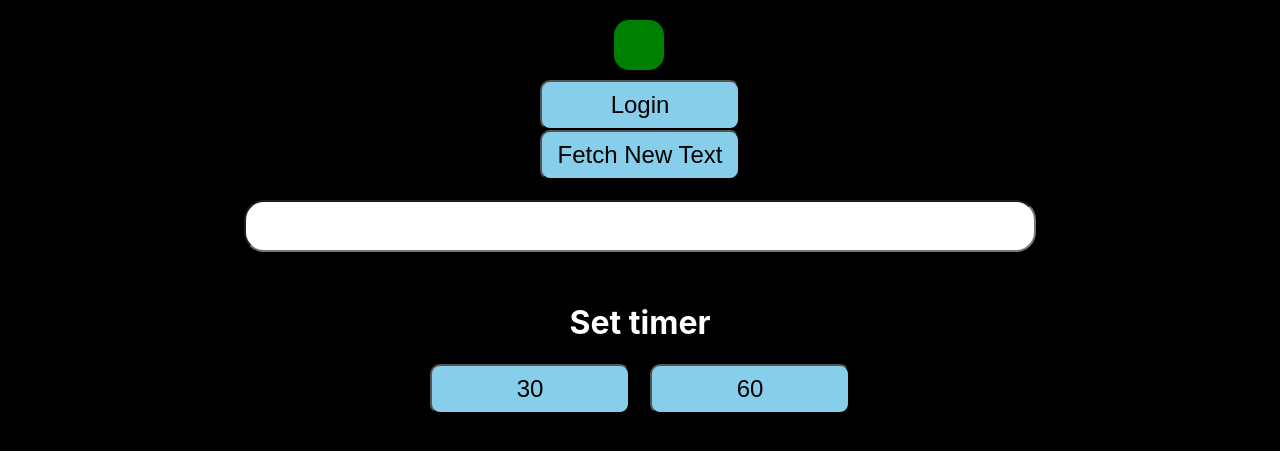
Repository: abhaysharma20233009/swiftKey
Page: / (app in frontend/my-app/)
An editor plug-in stored every save of this project. The page is shown before and after the next save, followed by the edit.
The browser window is 1280 px wide. The pictures show the whole page.
The page's requests for data from a server got no answer. The project was rebuilt for these pictures with package versions that can differ from the ones it lists, and the page was loaded fresh each time. No one was signed in, and anything a server would have sent is missing. Also part of the build but not shown: frontend/my-app/src/Results.js, frontend/my-app/src/Login.js.

Above is the page before, as saved 2024-10-10 18:58:38.

### frontend/my-app/src/App.js
//App.js

import './App.css';
import React from 'react';
import { BrowserRouter as Router, Route, Routes } from 'react-router-dom';
import Swift from './Swifts';
import Results from './Results';
import Login from './Login';
const App = () => {
    return (
        <Router>
			<div className="App">
            <Routes>
                <Route path="/" element={<Swift />} />
                <Route path="/results" element={<Results />} />
                <Route path="/login" element={<Login />} />
            </Routes>
			</div>
        </Router>
    );
};

export default App;

### frontend/my-app/src/App.css
.App {
  text-align: center;
  color:white;
}

body{
  background-color:black;
}

.log{
  color:black;
  margin-left: 10px;
  margin-right: 10px;
  background-color: skyblue;
  border-radius: 10px;
  height:50px;
  width:200px;
  justify-self: end;
  font-size: x-large;
}




.in{
  border-radius:20px;
  font-size: 24px;
  width: 60%;
  padding: 10px;
  margin: 20px 0;
}

.hea{
  margin-top: 100px;
  margin-bottom: 50px;
  margin-left:25%;
  background-color: lightgray;
  font-size: 24px;
  background-color:green;
  width:50%;
  height:50px;
  border-radius:30px;
  text-align: center;
}

.lo{
  text-align:center;
}
.Timer{
  height:50px;
  font-size:30px;
  margin-bottom: 10px;
  background-color:green;
  width:50px;
  margin-left:48%;
  border-radius: 15px;
}

### frontend/my-app/src/Swifts.js
import React, { useState, useEffect } from 'react';
import { useNavigate, useLocation } from 'react-router-dom';

function Swifts() {
    const [message, setMessage] = useState('');
    const [inputValue, setInputValue] = useState('');
    const [currentWordIndex, setCurrentWordIndex] = useState(0);
    const [time, setTime] = useState(0);
    const navigate = useNavigate();
    const location = useLocation();
    const [countdown, setCountdown] = useState(null);
    const  [wordTyped,setWordTyped]=useState(30);

    // Retrieve username from location state

    const username = location.state?.username || '';
   const email=location.state?.email || '';
    const fetchMessages = async () => {
        try {
            const response = await fetch('http://localhost:7000/random-paragraph');
            const data = await response.json();
            if (data && typeof data === 'string') {
                setMessage(data);
                setInputValue('');
                setCurrentWordIndex(0);
            } else {
                console.error('Invalid data format:', data);
            }
        } catch (error) {
            console.error('Error fetching messages:', error);
        }
    };

    useEffect(() => {
        fetchMessages();
    }, []);



    const handleInputChange = (e) => {
        const value = e.target.value;
        setInputValue(value);

        const words = message.split(' ');
        const currentWord = words[currentWordIndex];

        if (currentWord && currentWord.startsWith(value.trim())) {
            if (value.trim() === currentWord) {
                setCurrentWordIndex((prevIndex) => prevIndex + 1);
                setInputValue('');
            }
        }
    };

    useEffect(() => {
        if (time > 0) {
            setCountdown(time); // Set countdown to the selected time
        }
    }, [time]);

    useEffect(() => {
        if (countdown > 0) {
            const timer = setInterval(() => {

                setCountdown((prev) => prev - 1);
            }, 1000);

            return () => clearInterval(timer);
        }
    }, [countdown]);
    useEffect(() => {
        if (time > 0) {
            setWordTyped(currentWordIndex*60/time);
            const timer = setTimeout(() => {
                navigate('/results', { state: { wordTyped, username ,email} });
            },30000);

            return () => clearTimeout(timer);
        }
    }, [time,currentWordIndex, wordTyped, navigate, username ,email]);
    const words = message.split(' ');
    const currentWord = words[currentWordIndex] || '';

    return (
        <div style={{ textAlign: 'center', marginTop: '20px' }}>
              <div class="Timer">{countdown}</div>
            {username && <h2>Welcome, {username}!</h2>}
            <button className="log" onClick={() => navigate('/login')}>Login</button>
            <br />
            <button className="log" onClick={fetchMessages}>Fetch New Text</button>
            <br />
            <input
                className='in'
                type="text"
                value={inputValue}
                onChange={handleInputChange}
                placeholder={currentWord.slice(inputValue.length)}
            />
            <div className="lo">
                <div style={{ fontSize: '24px', marginTop: '10px', textAlign: 'center', display: 'flex', flexWrap: 'wrap' }}>
                    {words.map((word, index) => {
                        const isCurrentWord = index === currentWordIndex;
                        const isTypedWord = index < currentWordIndex;

                        return (
                            <span
                                key={index}
                                style={{
                                    padding: '0 5px',
                                    color: isCurrentWord ? 'blue' : (isTypedWord ? 'gray' : 'white'),
                                    textDecoration: isTypedWord ? 'line-through' : 'none',
                                }}
                            >
                                {word}
                            </span>
                        );
                    })}
                </div>
            </div>
            <h1>Set timer</h1>
            <button className="log" onClick={() => setTime(30)}>30</button>
            <button className="log" onClick={() => setTime(60)}>60</button>


        </div>
    );
}

export default Swifts;

Loaded but not shown: frontend/my-app/public/index.html (common file); frontend/my-app/src/index.js (common file); frontend/my-app/src/index.css (common file); frontend/my-app/src/reportWebVitals.js (common file)

After the next save:
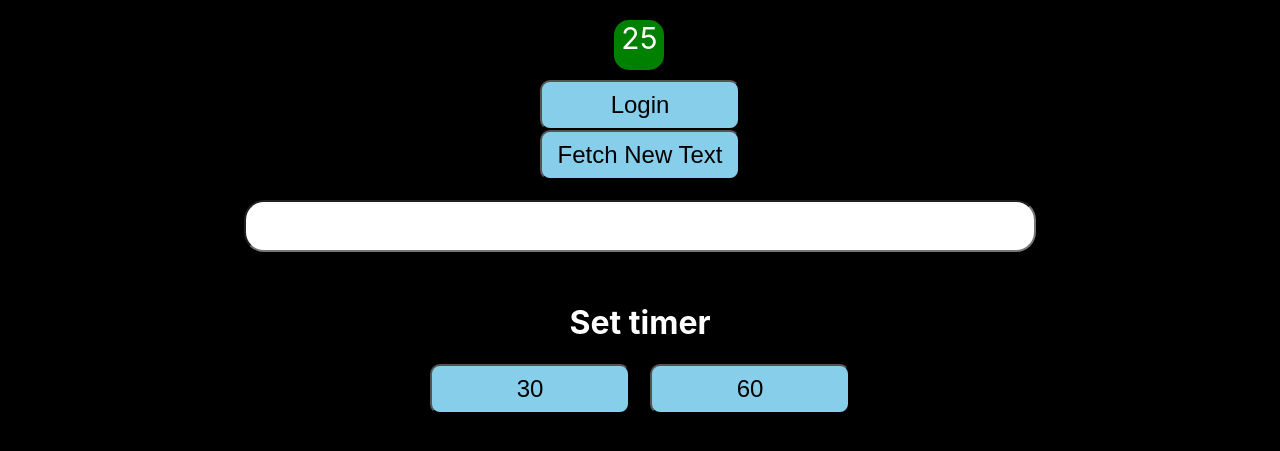
Saved 15 s later.
--- a/frontend/my-app/src/Swifts.js
+++ b/frontend/my-app/src/Swifts.js
@@ -8,8 +8,8 @@
     const [time, setTime] = useState(0);
     const navigate = useNavigate();
     const location = useLocation();
-    const [countdown, setCountdown] = useState(null);
-    const  [wordTyped,setWordTyped]=useState(30);
+    const [countdown, setCountdown] = useState(30);
+    const  [wordTyped,setWordTyped]=useState(0);
 
     // Retrieve username from location state
 

After the save that followed:
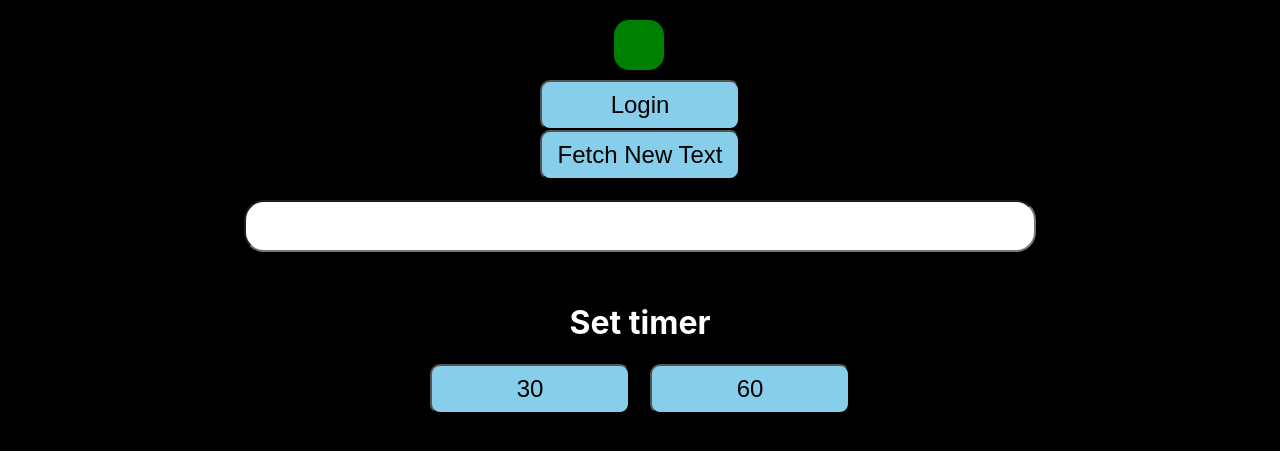
Saved 55 s later.
--- a/frontend/my-app/src/Swifts.js
+++ b/frontend/my-app/src/Swifts.js
@@ -8,7 +8,7 @@
     const [time, setTime] = useState(0);
     const navigate = useNavigate();
     const location = useLocation();
-    const [countdown, setCountdown] = useState(30);
+    const [countdown, setCountdown] = useState(null);
     const  [wordTyped,setWordTyped]=useState(0);
 
     // Retrieve username from location state
@@ -73,7 +73,7 @@
             setWordTyped(currentWordIndex*60/time);
             const timer = setTimeout(() => {
                 navigate('/results', { state: { wordTyped, username ,email} });
-            },30000);
+            }, time * 1000);
 
             return () => clearTimeout(timer);
         }
